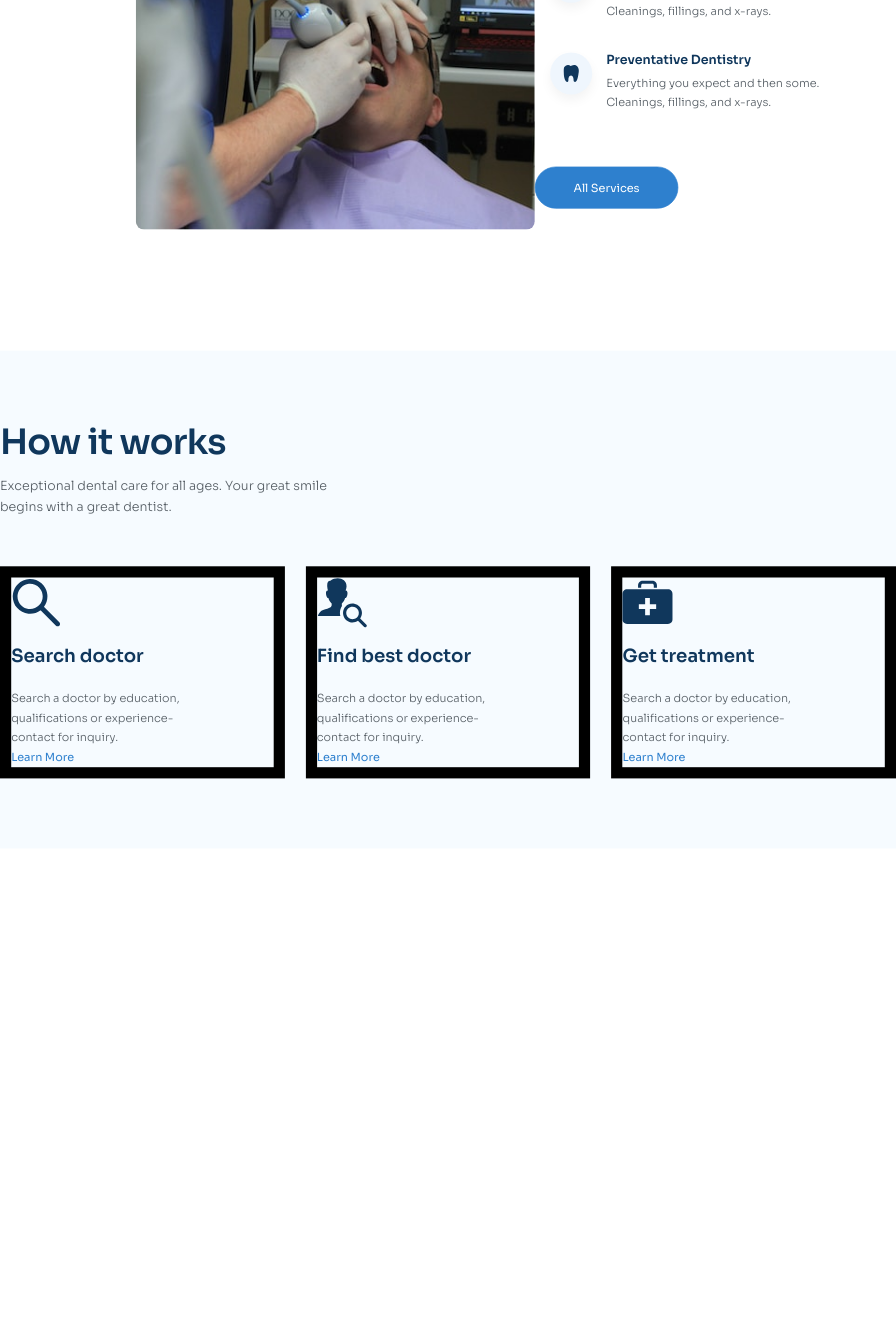
Repository: dongnguyen2112/htmlcss-project-03
Page: index.html
These files come from the project's save history. The page is drawn as it stood at one moment and after the next save; the edit follows.
The browser window is 1280 px wide. The pictures show the part of the page from y = 1340 to 3260 px (the page is 5720 px tall), at 70% of full size.

Above is the page before, as saved 2023-08-01 17:24:10.

### index.html
<!DOCTYPE html>
<html lang="en">
    <head>
        <meta charset="UTF-8" />
        <meta name="viewport" content="width=device-width, initial-scale=1.0" />
        <title>Shine Smile</title>
        <!-- Favicons -->
        <link
            rel="apple-touch-icon"
            sizes="57x57"
            href="./assets/favicon/apple-icon-57x57.png"
        />
        <link
            rel="apple-touch-icon"
            sizes="60x60"
            href="./assets/favicon/apple-icon-60x60.png"
        />
        <link
            rel="apple-touch-icon"
            sizes="72x72"
            href="./assets/favicon/apple-icon-72x72.png"
        />
        <link
            rel="apple-touch-icon"
            sizes="76x76"
            href="./assets/favicon/apple-icon-76x76.png"
        />
        <link
            rel="apple-touch-icon"
            sizes="114x114"
            href="./assets/favicon/apple-icon-114x114.png"
        />
        <link
            rel="apple-touch-icon"
            sizes="120x120"
            href="./assets/favicon/apple-icon-120x120.png"
        />
        <link
            rel="apple-touch-icon"
            sizes="144x144"
            href="./assets/favicon/apple-icon-144x144.png"
        />
        <link
            rel="apple-touch-icon"
            sizes="152x152"
            href="./assets/favicon/apple-icon-152x152.png"
        />
        <link
            rel="apple-touch-icon"
            sizes="180x180"
            href="./assets/favicon/apple-icon-180x180.png"
        />
        <link
            rel="icon"
            type="image/png"
            sizes="192x192"
            href="./assets/favicon/android-icon-192x192.png"
        />
        <link
            rel="icon"
            type="image/png"
            sizes="32x32"
            href="./assets/favicon/favicon-32x32.png"
        />
        <link
            rel="icon"
            type="image/png"
            sizes="96x96"
            href="./assets/favicon/favicon-96x96.png"
        />
        <link
            rel="icon"
            type="image/png"
            sizes="16x16"
            href="./assets/favicon/favicon-16x16.png"
        />
        <link rel="manifest" href="./assets/favicon/manifest.json" />
        <meta name="msapplication-TileColor" content="#ffffff" />
        <meta
            name="msapplication-TileImage"
            content="./assets/favicon/ms-icon-144x144.png"
        />
        <meta name="theme-color" content="#ffffff" />
        <!-- Font Sora -->
        <link rel="preconnect" href="https://fonts.googleapis.com" />
        <link rel="preconnect" href="https://fonts.gstatic.com" crossorigin />
        <link
            href="https://fonts.googleapis.com/css2?family=Sora:wght@300;400;500;600;700&display=swap"
            rel="stylesheet"
        />
        <!-- Reset CSS -->
        <link rel="stylesheet" href="./assets/css/reset.css" />
        <link rel="stylesheet" href="./assets/css/styles.css" />
    </head>
    <body>
        <header class="header">
            <div class="container">
                <!-- Header-top -->
                <div class="header-top">
                    <!-- Logo -->
                    <a href="/">
                        <div class="logo">
                            <span class="logo__circle"></span>
                            <span class="logo__text">
                                <span class="logo__brand">Shine</span>
                                <span class="logo__brand logo__brand--small">
                                    smile
                                </span>
                            </span>
                        </div>
                    </a>
                    <!-- Navbar -->
                    <nav class="navbar">
                        <ul class="navbar__list">
                            <li class="navbar__item">
                                <a
                                    href="#!"
                                    class="navbar__link navbar__link--active"
                                    >Home</a
                                >
                            </li>
                            <li class="navbar__item">
                                <a href="#!" class="navbar__link">Services</a>
                            </li>
                            <li class="navbar__item">
                                <a href="#!" class="navbar__link">About</a>
                            </li>
                            <li class="navbar__item">
                                <a href="#!" class="navbar__link">Doctors</a>
                            </li>
                        </ul>
                    </nav>
                    <!-- Action -->
                    <div class="header-action">
                        <a href="#!" class="header-action__login">Log In</a>
                        <a href="#!" class="btn header-action__signup"
                            >Sign Up</a
                        >
                    </div>
                </div>
                <!-- Hero -->
                <section class="hero">
                    <!-- Hero-content -->
                    <section class="hero__content">
                        <h1 class="hero__heading">
                            Exceptional dental care for all ages.
                        </h1>
                        <p class="hero__desc">
                            Exceptional dental care for all ages. Your great
                            smile begins with a great dentist.
                        </p>
                        <div class="hero__row">
                            <a href="" class="btn">Book Online</a>
                            <span class="hero__phone"
                                >or call (123) 456-7890</span
                            >
                        </div>
                    </section>
                    <!-- Hero-media -->
                    <section class="hero__media">
                        <figure class="hero__images">
                            <img
                                src="./assets/img/hero-01.jpg"
                                alt=""
                                class="hero__img"
                            />
                            <img
                                src="./assets/img/hero-02.jpg"
                                alt=""
                                class="hero__img"
                            />
                        </figure>
                    </section>
                </section>
            </div>
        </header>
        <main style="height: 5000px">
            <!-- Service -->
            <section class="service">
                <div class="container">
                    <h1 class="service__heading section-heading">
                        Our services
                    </h1>
                    <p class="service__desc section-desc">
                        Exceptional dental care for all ages. Your great smile
                        begins with a great dentist.
                    </p>
                    <div class="service__row">
                        <figure>
                            <img
                                src="./assets/img/service.jpg"
                                alt=""
                                class="service__img"
                            />
                        </figure>
                        <div>
                            <div class="service__list">
                                <!-- Service Item 1 -->
                                <section class="service-item">
                                    <div class="service-item__icon">
                                        <svg
                                            width="22"
                                            height="24"
                                            viewBox="0 0 22 24"
                                            fill="none"
                                            xmlns="http://www.w3.org/2000/svg"
                                        >
                                            <path
                                                d="M20.3598 2.63964C17.9506 -0.556131 14.2772 -0.568132 11.2481 1.10682C11.001 1.24657 10.7219 1.31411 10.4406 1.30222C10.1592 1.29033 9.88633 1.19945 9.65105 1.03931C8.49552 0.245717 7.29036 -0.316477 5.13904 0.207462C0.623408 1.3071 0 4.90379 0 8.99816C0.0797353 12.1602 0.500857 15.3032 1.25551 18.3683C2.11836 22.0168 3.90382 24 5.43354 24C6.96326 24 7.00963 22.2204 7.00963 20.8016C7.00963 19.2009 7.39505 14.8009 10.8642 14.8009C13.5317 14.8009 14.3333 18.4013 14.3333 20.8016C14.3329 23.095 15.1722 24 16.6628 24C19.5267 24 20.9796 15.3938 21.3719 13.1237C21.7642 10.8535 22.9882 6.12569 20.3598 2.63964Z"
                                                fill="currentColor"
                                            />
                                        </svg>
                                        <!-- Icon -->
                                    </div>
                                    <div class="service-item__body">
                                        <h3 class="service-item__heading">
                                            Oral Surgery
                                        </h3>
                                        <p class="service-item__desc">
                                            Everything you expect and then some.
                                            Cleanings, fillings, and x-rays.
                                        </p>
                                    </div>
                                </section>
                                <!-- Service Item 2 -->
                                <section class="service-item">
                                    <div class="service-item__icon">
                                        <svg
                                            width="22"
                                            height="24"
                                            viewBox="0 0 22 24"
                                            fill="none"
                                            xmlns="http://www.w3.org/2000/svg"
                                        >
                                            <path
                                                d="M20.3598 2.63964C17.9506 -0.556131 14.2772 -0.568132 11.2481 1.10682C11.001 1.24657 10.7219 1.31411 10.4406 1.30222C10.1592 1.29033 9.88633 1.19945 9.65105 1.03931C8.49552 0.245717 7.29036 -0.316477 5.13904 0.207462C0.623408 1.3071 0 4.90379 0 8.99816C0.0797353 12.1602 0.500857 15.3032 1.25551 18.3683C2.11836 22.0168 3.90382 24 5.43354 24C6.96326 24 7.00963 22.2204 7.00963 20.8016C7.00963 19.2009 7.39505 14.8009 10.8642 14.8009C13.5317 14.8009 14.3333 18.4013 14.3333 20.8016C14.3329 23.095 15.1722 24 16.6628 24C19.5267 24 20.9796 15.3938 21.3719 13.1237C21.7642 10.8535 22.9882 6.12569 20.3598 2.63964Z"
                                                fill="currentColor"
                                            />
                                        </svg>
                                        <!-- Icon -->
                                    </div>
                                    <div class="service-item__body">
                                        <h3 class="service-item__heading">
                                            Wisdom Teeth Removal
                                        </h3>
                                        <p class="service-item__desc">
                                            Everything you expect and then some.
                                            Cleanings, fillings, and x-rays.
                                        </p>
                                    </div>
                                </section>
                                <!-- Service Item 3 -->
                                <section class="service-item">
                                    <div class="service-item__icon">
                                        <svg
                                            width="22"
                                            height="24"
                                            viewBox="0 0 22 24"
                                            fill="none"
                                            xmlns="http://www.w3.org/2000/svg"
                                        >
                                            <path
                                                d="M20.3598 2.63964C17.9506 -0.556131 14.2772 -0.568132 11.2481 1.10682C11.001 1.24657 10.7219 1.31411 10.4406 1.30222C10.1592 1.29033 9.88633 1.19945 9.65105 1.03931C8.49552 0.245717 7.29036 -0.316477 5.13904 0.207462C0.623408 1.3071 0 4.90379 0 8.99816C0.0797353 12.1602 0.500857 15.3032 1.25551 18.3683C2.11836 22.0168 3.90382 24 5.43354 24C6.96326 24 7.00963 22.2204 7.00963 20.8016C7.00963 19.2009 7.39505 14.8009 10.8642 14.8009C13.5317 14.8009 14.3333 18.4013 14.3333 20.8016C14.3329 23.095 15.1722 24 16.6628 24C19.5267 24 20.9796 15.3938 21.3719 13.1237C21.7642 10.8535 22.9882 6.12569 20.3598 2.63964Z"
                                                fill="currentColor"
                                            />
                                        </svg>
                                        <!-- Icon -->
                                    </div>
                                    <div class="service-item__body">
                                        <h3 class="service-item__heading">
                                            Preventative Dentistry
                                        </h3>
                                        <p class="service-item__desc">
                                            Everything you expect and then some.
                                            Cleanings, fillings, and x-rays.
                                        </p>
                                    </div>
                                </section>
                            </div>
                            <a href="#!" class="btn">All Services </a>
                        </div>
                    </div>
                </div>
            </section>
            <!-- Work -->
            <section class="work">
                <h2 class="section-heading">How it works</h2>
                <p class="section-desc work__desc">Exceptional dental care for all ages. Your great smile begins with a great dentist.</p>
                <div class="work__list">
                    <!-- Work Item 1 -->
                    <section class="word-item">
                        <img src="./assets/img/Icon/Orion_search.svg" alt="" class="work-item__icon">
                        <h3 class="work-item__heading">Search doctor</h3>
                        <p class="work-item__desc">Search a doctor by education, qualifications or experience-contact for inquiry.</p>
                        <a href="#!" class="work__more">Learn More</a>
                    </section>
                     <!-- Work Item 2 -->
                     <section class="word-item">
                        <img src="./assets/img/Icon/Orion_find-user.svg" alt="" class="work-item__icon">
                        <h3 class="work-item__heading">Find best doctor</h3>
                        <p class="work-item__desc">Search a doctor by education, qualifications or experience-contact for inquiry.</p>
                        <a href="#!" class="work__more">Learn More</a>
                    </section>
                     <!-- Work Item 3 -->
                     <section class="word-item">
                        <img src="./assets/img/Icon/Orion_first-aid-kit.svg" alt="" class="work-item__icon">
                        <h3 class="work-item__heading">Get treatment</h3>
                        <p class="work-item__desc">Search a doctor by education, qualifications or experience-contact for inquiry.</p>
                        <a href="#!" class="work__more">Learn More</a>
                    </section>
                </div>
            </section>
        </main>
    </body>
</html>

### assets/css/styles.css
* {
    box-sizing: border-box;
}
:root {
    --header-bg: #10375c;
}
html {
    font-size: 62.5%;
}
body {
    font-size: 1.6rem;
    font-family: "Sora", sans-serif;
}
/* Common */
.container {
    width: 1170px;
    max-width: calc(100% - 48px);
    margin: 0 auto;
}
a {
    text-decoration: none;
}
.btn {
    --height: 60px;

    color: #fff;
    background: #2e80ce;
    height: var(--height);
    padding: 0 20px;
    display: inline-block;
    line-height: var(--height);
    border-radius: 99px;
    min-width: 205px;
    text-align: center;
    font-size: 1.6rem;
    font-weight: 400;
    border: 1px solid #2e80ce;
}
.btn:hover {
    cursor: pointer;
    opacity: 0.9;
}
.section-heading {
    color: #10375c;
    font-size: 5rem;
    font-weight: 600;
    line-height: 1.2; /* 120% */
    letter-spacing: -1px;
}
.section-desc {
    margin-top: 18px;
    color: #575f66;
    font-size: 1.8rem;
    font-weight: 300;
    line-height: 1.67; /* 166.667% */
}
/* Header */
.header {
    min-height: 100vh;
    padding-top: 30px;
    background-color: var(--header-bg);
}
.logo {
    font-size: 1rem;
    position: relative;
    display: flex;
}
.logo__circle::before,
.logo__circle::after {
    content: "";
    display: inline-block;
    border-radius: 50%;
}
.logo__circle::before {
    width: 3em;
    height: 3em;
    background: #2e80ce;
}
.logo__circle::after {
    position: absolute;
    top: 1.1em;
    left: 1.1em;
    width: 1.5em;
    height: 1.5em;
    background: #fff;
}
.logo__text {
    margin-left: 0.6em;
    color: #fff;
    text-align: right;
    line-height: 1.6em;
}
.logo__brand {
    display: block;
    font-size: 1.8rem;
    font-weight: 400;
    color: #fff;
}
.logo__brand--small {
    font-size: 1.2em;
    font-weight: 300;
}

/* Header-top */
.header-top {
    display: flex;
    align-items: center;
    justify-content: space-between;
}
.navbar__list {
    display: flex;
}
.header-action__login,
.navbar__link {
    padding: 4px 21px;
    color: #c9d2da;
    font-size: 1.6rem;
    font-weight: 300;
}
.navbar__link:hover,
.navbar__link--active {
    color: #fff;
    text-shadow: 1px 0 0 currentColor;
}
.navbar__link--active::before {
    position: relative;
    top: -2px;
    left: -8px;
    content: "";
    display: inline-block;
    width: 6px;
    height: 6px;
    border-radius: 50%;
    background: #fff;
}
.header-action {
    display: flex;
    align-items: center;
}
.header-action__login {
    margin-right: 7px;
}
.header-action__signup {
    --height: 44px;
    min-width: 104px;
    text-align: center;
}
/* hero */
.hero {
    display: flex;
    margin-top: 76px;
    align-items: center;
}
.hero__content {
    flex-shrink: 0;
    width: 44%;
}
.hero__media {
    flex-grow: 1;
}
.hero__heading {
    color: #fff;
    font-size: 7rem;
    font-weight: 600;
    line-height: 1.14;
    letter-spacing: -0.02em;
}
.hero__desc {
    margin-top: 22px;
    color: #c9d2da;
    font-size: 1.8rem;
    font-weight: 300;
    line-height: 1.67;
}
.hero__row {
    display: flex;
    align-items: center;
    margin-top: 38px;
}
.hero__phone {
    color: #fff;
    text-align: center;
    font-size: 1.8rem;
    line-height: 1.67;
    margin-left: 38px;
}
.hero__images {
    display: flex;
    align-items: center;
    justify-content: flex-end;
}
.hero__img {
    width: 330px;
    height: 540px;
    border-radius: 6px;
    object-fit: cover;
}
.hero__img:first-child {
    position: relative;
    margin-right: -6px;
}
.hero__img:last-child {
    width: 210px;
    height: 410px;
}
/* Service */
.service {
    padding: 170px;
}
.service__heading,
.service__desc {
    text-align: center;
}
.service__desc {
    width: 468px;
    margin-right: auto;
    margin-left: auto;
}
.service__row {
    display: flex;
    align-items: center;
    justify-content: space-between;
    margin-top: 70px;
}
.service__img {
    width: 570px;
    height: 570px;
    border-radius: 12px;
    object-fit: cover;
}
/* Service Item */
.service-item {
    display: flex;
    width: 470px;
    padding: 22px;
    border-radius: 10px;
    background: #fff;
    transition: 0.25;
}
.service-item:hover {
    position: relative;
    box-shadow: 0px 14px 28px rgba(0, 0, 0, 0.05);
}
.service-item:hover .service-item__icon {
    background: #2e80ce;
    color: #fff;
}
.service-item__icon {
    width: 60px;
    height: 60px;
    display: flex;
    align-items: center;
    justify-content: center;
    flex-shrink: 0;
    background: #eff6fd;
    color: #10375c;
    box-shadow: 0px 8px 16px rgba(0, 0, 0, 0.05);
    border-radius: 50%;
    transition: 0.25;
}
.service-item__body {
    margin-left: 20px;
}
.service-item__heading {
    color: #10375c;
    font-size: 1.8rem;
    line-height: 1.27;
    font-weight: 600;
}
.service-item__desc {
    color: #575f66;
    margin-top: 8px;
    font-size: 1.6rem;
    font-weight: 300;
    line-height: 1.75; /* 175% */
}
.service__list {
    margin-bottom: 55px;
}
/* Work */
.work {
    background: #f6fbff;
    padding: 100px 0;
}
.work__desc {
    width: 468px;
}
.work__list {
    display: grid;
    grid-template-columns: repeat(3, 1fr);
    column-gap: 30px;
    margin-top: 70px;
}
.word-item{
    border: 16px solid ;
}
.work-item__heading {
    margin-top: 20px;
    color: #10375c;
    font-size: 2.6rem;
    font-weight: 600;
    line-height: 1.38; /* 138.462% */
}
.work-item__desc {
    margin-top: 28px;
    width: 254px;
    color: #575f66;
    font-size: 1.6rem;
    font-weight: 300;
    line-height: 1.75; /* 175% */
}
.work__more {
    margin-top: 18px;
    color: #2e80ce;
    font-size: 1.6rem;
    font-weight: 400;
    line-height: 1.75; /* 175% */
}

Loaded but not shown: assets/css/reset.css (common file)

After the next save:
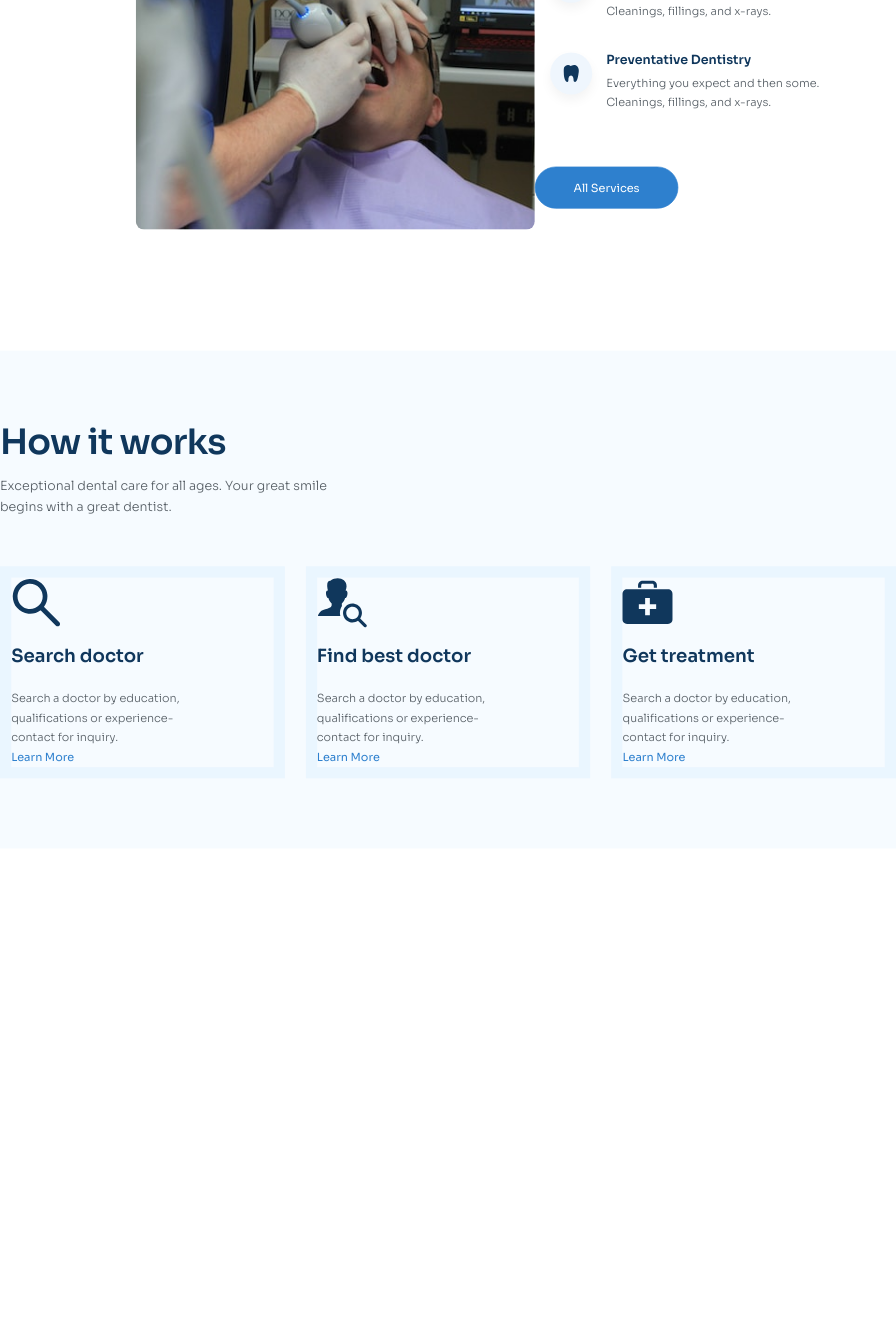
Saved 12 s later.
--- a/assets/css/styles.css
+++ b/assets/css/styles.css
@@ -292,7 +292,7 @@ a {
     margin-top: 70px;
 }
 .word-item{
-    border: 16px solid ;
+    border: 16px solid #EAF6FF;
 }
 .work-item__heading {
     margin-top: 20px;
